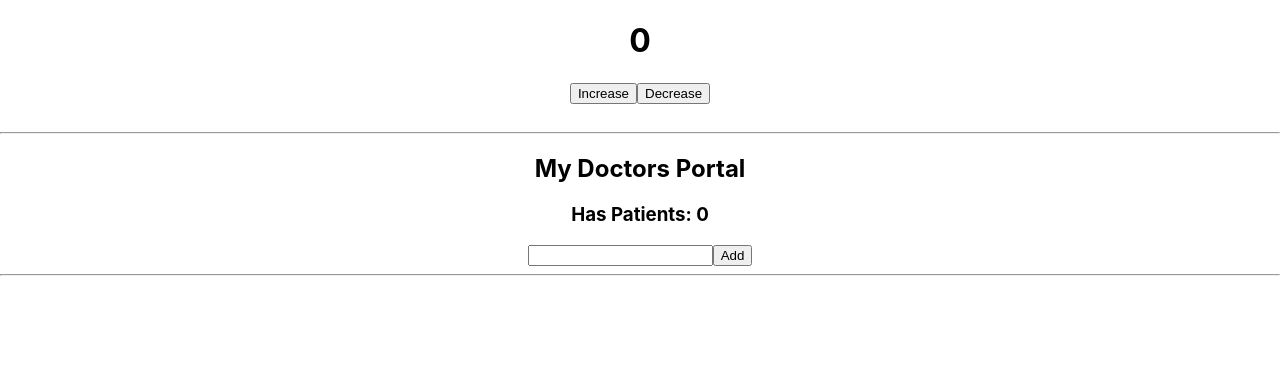
Repository: Sharif-00112/exploring-redux-useReducer
Page: /
An editor plug-in stored every save of this project. The page is shown before and after a run of saves, followed by the edit.
The browser window is 1280 px wide. The pictures show the whole page.
The project was rebuilt for these pictures with package versions that can differ from the ones it lists, and the page was loaded fresh each time.

Above is the page before, as saved 2023-01-09 22:42:58.

### src/App.js
// import { useState } from 'react';
// import { useReducer } from 'react';
import './App.css';
import Count from './Components/Count';
import Portal from './Components/Portal';

function App() {
  // useState example
  // const [users, setUsers] = useState([]);

  // useReducer example
  // const [ state, dispatch ] = useReducer(countReducer, countState);

  return (
    <div className="App">
      <Count></Count>
      <br />
      <hr />
      <Portal></Portal>
      <hr />
    </div>
  );
}

export default App;

### src/Components/Count.js
import React, { useReducer } from 'react';

// here, reducer and state are in same page

const countState = {
    count: 0,
    clicks: 0,
    users: [],
    active: true
}

const countReducer = (state, action) => {
    switch (action.type) {
        case 'increment':
            return {
                ...state,
                count: state.count + 1
            };
        case 'decrement':
            return {
                ...state,
                count: state.count - 1
            };
        default:
        //   throw new Error();
            return state;
    }
}

const Count = () => {
    const [ state, dispatch ] = useReducer(countReducer, countState);

    return (
        <div>
            <h1>{state.count}</h1>
            <button onClick={ () => dispatch({type: 'increment'})}>Increase</button>
            <button onClick={ () => dispatch({type: 'decrement'})}>Decrease</button>
        </div>
    );
};

export default Count;

### src/Components/Portal.js
import React, { useReducer, useState } from 'react';
import { portalReducer } from '../reducers/portalReducer';
import { portalState } from '../store/portalStore';

// here, reducer and state are in different page

const Portal = () => {
    // complex state using useReducer
    const [state, dispatch] = useReducer(portalReducer, portalState);

    // simple state using useState
    const [name, setName] = useState('');

    return (
        <div>
            <h2>My Doctors Portal</h2>
            <h3>Has Patients: {state.patients.length}</h3>

            <input type="text" name="" id="" onChange={(e)=> setName(e.target.value)} />
            <button onClick={()=> dispatch({type: 'ADD_PATIENT', name: name})}>Add</button>
        </div>
    );
};

export default Portal;

### src/reducers/portalReducer.js
export const portalReducer = (state, action) => {
    switch (action.type) {
        case 'ADD_PATIENT':
            console.log(action);
            const addedPatient = {
                name: action.name,
                id: action.name + state.patients.length
            };
            const newPatients = [...state.patients, addedPatient];

            return {
                ...state,
                patients: newPatients
            };

        default:
        //   throw new Error();
            return state;
    }
}

### src/store/portalStore.js
export const portalState = {
    doctors: [],
    patients: [],
    appointments: [],
    admin: [],
    isOpen: true
}

Loaded but not shown: public/index.html (common file); src/index.js (common file); src/index.css (common file); src/reportWebVitals.js (common file); src/App.css (common file)

After the next 2 saves:
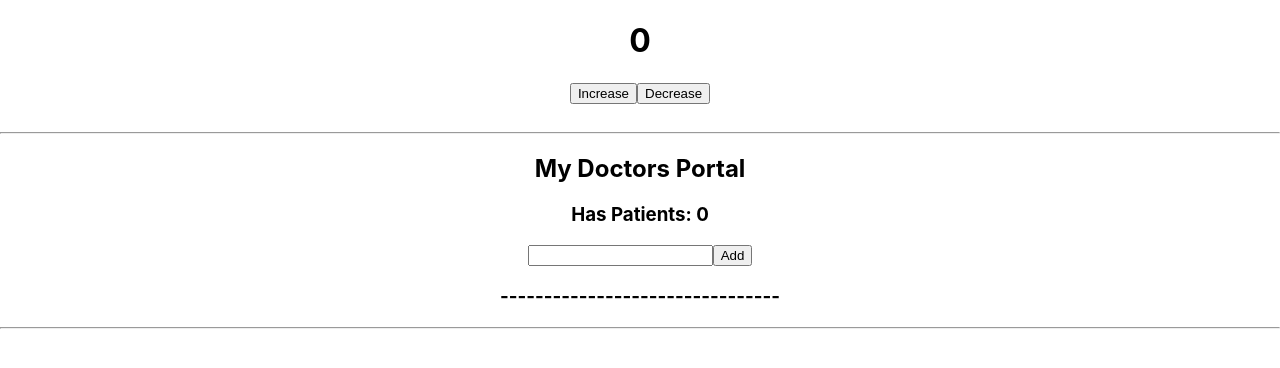
The 2 saves are shown as one change because they came seconds apart.
The last was saved 109 s later.
--- a/src/Components/Portal.js
+++ b/src/Components/Portal.js
@@ -18,6 +18,9 @@ const Portal = () => {
 
             <input type="text" name="" id="" onChange={(e)=> setName(e.target.value)} />
             <button onClick={()=> dispatch({type: 'ADD_PATIENT', name: name})}>Add</button>
+            <br />
+            <h3>--------------------------------</h3>
+
         </div>
     );
 };
